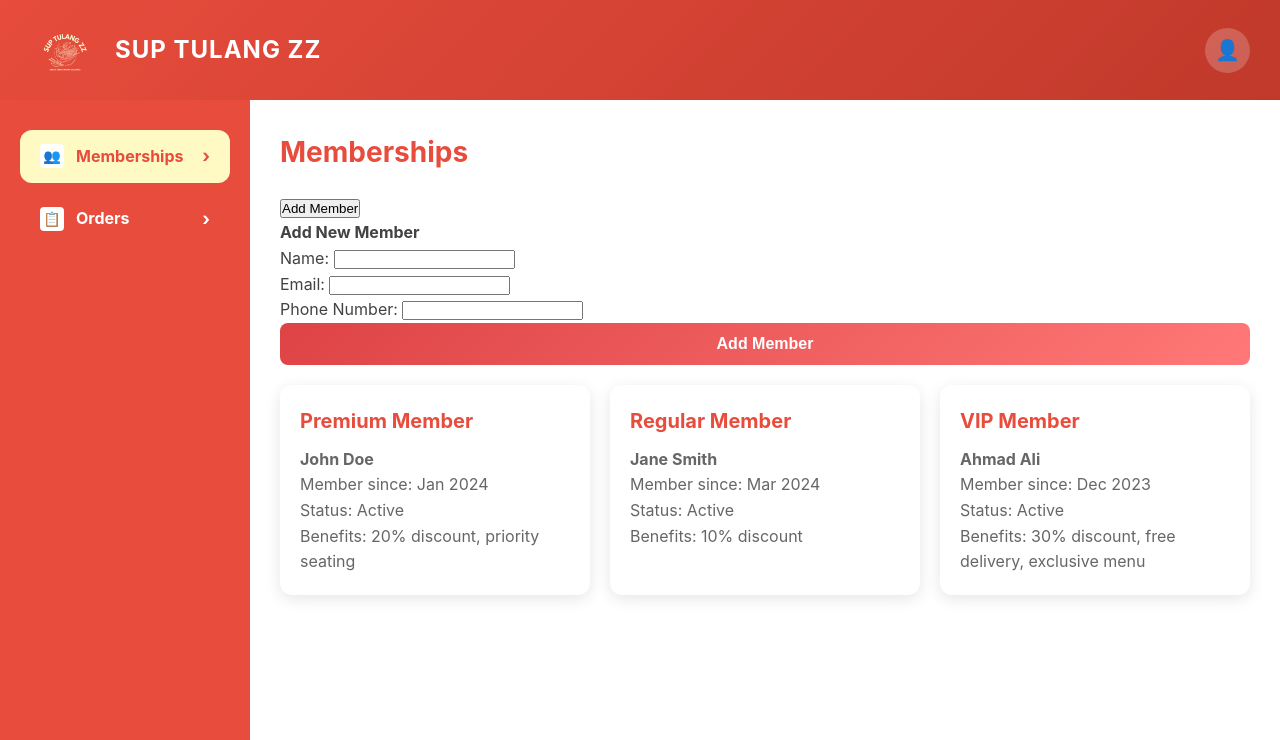
Repository: YIsheng2002/web-frontend
Page: view/Staff/dashboardstaff.html
These files come from the project's save history. The page is drawn as it stood at one moment and after the next save; the edit follows.
The browser window is 1280 px wide. The pictures show the whole page.

Above is the page before, as saved 2025-06-12 15:30:15.

### view/Staff/dashboardstaff.html
<!DOCTYPE html>
<html lang="en">

<head>
    <meta charset="UTF-8">
    <meta name="viewport" content="width=device-width, initial-scale=1.0">
    <title>SUP TULANG ZZ</title>
    <link rel="stylesheet" href="../Staff/assets/css/main.css">
    <link rel="stylesheet" href="../../assets/css/main.css">
    <link rel="stylesheet" href="./assets/css/dashboardStaff.css">
    <script src="./assets/javascript/dashboardStaff.js"></script>

</head>

<body>
    <!-- Header -->
    <header class="header">
        <div class="logo-section">
            <img src="../../assets/images/logo.png" alt="Logo" class="logo">
            <h1 class="brand-name">SUP TULANG ZZ</h1>
        </div>

        <div class="user-menu">
            <div class="user-avatar" onclick="toggleDropdown()">
                👤
            </div>
            <div class="dropdown-menu" id="userDropdown">
                <a href="#" class="dropdown-item" onclick="showProfile()">
                    👤 Profile
                </a>
                <a href="#" class="dropdown-item" onclick="showSettings()">
                    ⚙️ Settings
                </a>
                <a href="#" class="dropdown-item" onclick="showOrders()">
                    📋 Orders
                </a>
                <a href="#" class="dropdown-item" onclick="showReports()">
                    📊 Reports
                </a>
                <hr style="margin: 8px 0; border: none; border-top: 1px solid #eee;">
                <a href="#" class="dropdown-item danger" onclick="logout()">
                    🚪 Logout
                </a>
            </div>
        </div>
    </header>

    <div class=" dashboard-container">
        <!-- Sidebar -->
        <div class="sidebar">
            <ul class="sidebar-menu">
                <li class="sidebar-item">
                    <a href="#" class="sidebar-link active" onclick="showMembership(event)">
                        <div class="sidebar-icon">👥</div>
                        <span class="sidebar-text">Memberships</span>
                        <span class="sidebar-arrow">›</span>
                    </a>
                </li>
                <li class="sidebar-item">
                    <a href="#" class="sidebar-link" onclick="showOrders(event)">
                        <div class="sidebar-icon">📋</div>
                        <span class="sidebar-text">Orders</span>
                        <span class="sidebar-arrow">›</span>
                    </a>
                </li>
            </ul>
        </div>
        <!-- Main Content -->
        <div class="main-content active" id="membership">
            <h3>Memberships</h3>
            <button class="add-member-btn" onclick="addMember()">Add Member</button>
            <div id="membershipForm" class="membership-form hidden">
                <h4>Add New Member</h4>
                <form id="addMemberForm">
                    <div class="form-group">
                        <label for="memberName">Name:</label>
                        <input type="text" id="memberName" name="memberName" required>
                    </div>

                    <div class="form-group">
                        <label for="memberEmail">Email:</label>
                        <input type="email" id="memberEmail" name="memberEmail" required>
                    </div>

                    <div class="form-group">
                        <label for="memberphonenumber">Phone Number:</label>
                        <input type="phone number" id="memberphonenumber" name="memberphonenumber" required>
                    </div>

                    <button type="submit" class="btn-primary">Add Member</button>
                </form>

                <div class="membership-cards">
                    <div class="membership-card">
                        <div class="membership-title">Premium Member</div>
                        <div class="membership-details">
                            <p><strong>John Doe</strong></p>
                            <p>Member since: Jan 2024</p>
                            <p>Status: Active</p>
                            <p>Benefits: 20% discount, priority seating</p>
                        </div>
                    </div>
                    <div class="membership-card">
                        <div class="membership-title">Regular Member</div>
                        <div class="membership-details">
                            <p><strong>Jane Smith</strong></p>
                            <p>Member since: Mar 2024</p>
                            <p>Status: Active</p>
                            <p>Benefits: 10% discount</p>
                        </div>
                    </div>
                    <div class="membership-card">
                        <div class="membership-title">VIP Member</div>
                        <div class="membership-details">
                            <p><strong>Ahmad Ali</strong></p>
                            <p>Member since: Dec 2023</p>
                            <p>Status: Active</p>
                            <p>Benefits: 30% discount, free delivery, exclusive menu</p>
                        </div>
                    </div>
                </div>
            </div>
            <div class="main-content" id="orders">
                <h3>Orders</h3>
                <div class="order-list">
                    <div class="order-item">
                        <span class="order-id">Order #12345</span>
                        <span class="order-status pending">Pending</span>
                    </div>
                    <div class="order-item">
                        <span class="order-id">Order #12346</span>
                        <span class="order-status completed">Completed</span>
                    </div>
                    <div class="order-item">
                        <span class="order-id">Order #12347</span>
                        <span class="order-status pending">Pending</span>
                    </div>
                    <div class="order-item">
                        <span class="order-id">Order #12348</span>
                        <span class="order-status cancelled">Cancelled</span>
                    </div>
                </div>
            </div>

</body>

</html>

### view/Staff/assets/css/main.css
* {
    margin: 0;
    padding: 0;
    box-sizing: border-box;
}

body {
    font-family: -apple-system, BlinkMacSystemFont, 'Segoe UI', Roboto, sans-serif;
    line-height: 1.6;
    color: #333;
    background-color: #f5f5f5;
}

.btn-primary {
    background: linear-gradient(135deg, #667eea 0%, #764ba2 100%);
    color: white;
    border: none;
    padding: 12px 24px;
    border-radius: 8px;
    font-size: 16px;
    font-weight: 600;
    cursor: pointer;
    transition: all 0.3s ease;
    width: 100%;
}

.btn-primary:hover {
    transform: translateY(-2px);
    box-shadow: 0 8px 25px rgba(102, 126, 234, 0.3);
}

.btn-primary:active {
    transform: translateY(0);
}

### assets/css/main.css
:root{
    --primary-color: #DE4345;
    --secondary-color: #F8FAD4;
    --white-color: #FFFFFF;
    --header-font-color: #212121;
    --header6-font-color: #424242;
    --light-red: #FF7877;
}

* {
    margin: 0;
    padding: 0;
    box-sizing: border-box;
}

body {
    font-family: -apple-system, BlinkMacSystemFont, 'Segoe UI', Roboto, sans-serif;
    line-height: 1.6;
    color: var(--header6-font-color);
    background-color: #f5f5f5;
}

.btn-primary {
    background: linear-gradient(135deg, var(--primary-color) 0%, var(--light-red) 100%);
    color: white;
    border: none;
    padding: 12px 24px;
    border-radius: 8px;
    font-size: 16px;
    font-weight: 600;
    cursor: pointer;
    transition: all 0.3s ease;
    width: 100%;
}

.btn-primary:hover {
    transform: translateY(-5px);
    box-shadow: 0 8px 25px rgba(253, 114, 92, 0.22);
}

.btn-primary:active {
    transform: translateY(0);
}

/* Header Styles */
.header {
    background: linear-gradient(135deg, #e74c3c, #c0392b);
    color: white;
    padding: 15px 30px;
    display: flex;
    justify-content: space-between;
    align-items: center;
    box-shadow: 0 2px 10px rgba(0,0,0,0.1);
}

.logo-section {
    display: flex;
    align-items: center;
    gap: 15px;
}

.logo {
    width: 70px;
    height: 70px;
    display: flex;
    align-items: center;
    justify-content: center;
    font-weight: bold;
    font-size: 18px;
}

.brand-name {
    font-size: 28px;
    font-weight: bold;
    letter-spacing: 1px;
}

### view/Staff/assets/css/dashboardStaff.css
/* Reset and Base Styles - Using your main.css */


.brand-name {
    color: white;
    font-size: 24px;
    font-weight: bold;
}

/* User Menu */
.user-menu {
    position: relative;
}

.user-avatar {
    width: 45px;
    height: 45px;
    background: rgba(255, 255, 255, 0.2);
    border-radius: 50%;
    display: flex;
    align-items: center;
    justify-content: center;
    cursor: pointer;
    transition: all 0.3s ease;
    font-size: 20px;
    color: white;
}

.user-avatar:hover {
    background: rgba(255, 255, 255, 0.3);
    transform: scale(1.05);
}

.dropdown-menu {
    position: absolute;
    top: 100%;
    right: 0;
    background: white;
    border-radius: 12px;
    box-shadow: 0 10px 30px rgba(0, 0, 0, 0.15);
    padding: 12px 0;
    min-width: 180px;
    opacity: 0;
    visibility: hidden;
    transform: translateY(-10px);
    transition: all 0.3s ease;
    z-index: 1000;
    margin-top: 10px;
}

.dropdown-menu.show {
    opacity: 1;
    visibility: visible;
    transform: translateY(0);
}

.dropdown-item {
    display: block;
    padding: 12px 20px;
    color: #333;
    text-decoration: none;
    transition: background 0.3s ease;
    display: flex;
    align-items: center;
    gap: 10px;
}

.dropdown-item:hover {
    background: #f8f9fa;
}

.dropdown-item.danger:hover {
    background: #fee;
    color: #e74c3c;
}


/* Main Layout */
.dashboard-container {
    display: flex;
    height: calc(100vh - 80px);
}

/* Sidebar */
.sidebar {
    width: 250px;
    background-color: #e74c3c;
    padding: 20px 0;
}

.sidebar-menu {
    list-style: none;
    padding: 0;
    margin: 0;
}

.sidebar-item {
    margin: 10px 0;
    padding: 0 20px;
}

.sidebar-link {
    display: flex;
    align-items: center;
    justify-content: space-between;
    text-decoration: none;
    padding: 12px 20px;
    font-size: 16px;
    font-weight: bold;
    border-radius: 12px;
    transition: all 0.3s ease;
    color: #fff;
    background-color: transparent;
}

.sidebar-link:hover {
    background-color: rgba(255, 255, 255, 0.1);
}

.sidebar-link.active {
    background-color: #fff9c4;
    color: #e74c3c;
}

.sidebar-icon {
    width: 24px;
    height: 24px;
    margin-right: 12px;
    background: #fff;
    border-radius: 4px;
    display: flex;
    align-items: center;
    justify-content: center;
    font-size: 14px;
}

.sidebar-text {
    flex-grow: 1;
}

.sidebar-arrow {
    font-size: 18px;
    margin-left: 12px;
}

/* Main Content */
.main-content {
    flex: 1;
    padding: 30px;
    background: white;
    overflow-y: auto;
    display: none;
}

.main-content.active {
    display: block;
}

.main-content h3 {
    color: #e74c3c;
    margin-bottom: 20px;
    font-size: 28px;
}

/* Membership Content */
.membership-cards {
    display: grid;
    grid-template-columns: repeat(auto-fit, minmax(300px, 1fr));
    gap: 20px;
    margin-top: 20px;
}

.membership-card {
    background: white;
    border-radius: 12px;
    padding: 20px;
    box-shadow: 0 4px 15px rgba(0, 0, 0, 0.1);
    transition: transform 0.3s ease;
}

.membership-card:hover {
    transform: translateY(-5px);
}

.membership-title {
    font-size: 20px;
    font-weight: bold;
    color: #e74c3c;
    margin-bottom: 10px;
}

.membership-details {
    color: #666;
    line-height: 1.6;
}

/* Orders Content */
.order-list {
    margin-top: 20px;
}

.order-item {
    background: white;
    border-radius: 12px;
    padding: 20px;
    margin-bottom: 15px;
    box-shadow: 0 4px 15px rgba(0, 0, 0, 0.1);
    display: flex;
    justify-content: space-between;
    align-items: center;
    transition: transform 0.3s ease;
}

.order-item:hover {
    transform: translateY(-2px);
}

.order-id {
    font-weight: bold;
    color: #333;
}

.order-status {
    padding: 8px 16px;
    border-radius: 20px;
    font-size: 14px;
    font-weight: bold;
}

.order-status.pending {
    background: #fff3cd;
    color: #856404;
}

.order-status.completed {
    background: #d4edda;
    color: #155724;
}

.order-status.cancelled {
    background: #f8d7da;
    color: #721c24;
}

.add-membership-btn {
    background-color: #e74c3c;
    color:white;
    padding: 10px 20px;
    border: none;
    border-radius: 8px;
    font-size: 14px;
    font-weight: bold;
    cursor: pointer;
    transition: background-color 0.3s ease;
    float: right; /* This makes it right-aligned */
    margin-bottom: 20px;

}
.add-membership-btn:hover {
    background-color: #cf4436; /* slightly darker on hover */
}

.add-membership-btn:active {
    transform: translateY(1px);
}

/* Responsive Design */
@media (max-width: 768px) {
    .dashboard-container {
        flex-direction: column;
    }

    .sidebar {
        width: 100%;
        height: auto;
        padding: 10px 0;
    }

    .sidebar-menu {
        display: flex;
        overflow-x: auto;
    }

    .sidebar-item {
        flex: 0 0 auto;
        margin: 0 5px;
    }

    .main-content {
        padding: 20px;
    }

    .membership-cards {
        grid-template-columns: 1fr;
    }
}

### view/Staff/assets/javascript/dashboardStaff.js
// Dropdown functionality
function toggleDropdown() {
    const dropdown = document.getElementById('userDropdown');
    dropdown.classList.toggle('show');
}

// Close dropdown when clicking outside
document.addEventListener('click', function (event) {
    const userMenu = document.querySelector('.user-menu');
    const dropdown = document.getElementById('userDropdown');

    if (!userMenu.contains(event.target)) {
        dropdown.classList.remove('show');
    }
});

// Page navigation
function showPage(pageId, clickedElement) {
    // Hide all pages
    document.querySelectorAll('.main-content').forEach(page => {
        page.classList.remove('active');
    });

    // Show selected page
    const targetPage = document.getElementById(pageId);
    if (targetPage) {
        targetPage.classList.add('active');
    }

    // Remove active class from all sidebar links
    document.querySelectorAll('.sidebar-link').forEach(link => {
        link.classList.remove('active');
    });

    // Add active class to clicked element
    if (clickedElement) {
        clickedElement.classList.add('active');
    }
}

// Sidebar navigation functions
function showMembership(event) {
    event.preventDefault();
    showPage('membership', event.currentTarget);
}

function showOrders(event) {
    event.preventDefault();
    showPage('orders', event.currentTarget);
}

// User menu actions
function showProfile() {
    alert('Profile page - Coming soon!');
    toggleDropdown();
}

function showSettings() {
    alert('Settings page - Coming soon!');
    toggleDropdown();
}

function showOrdersFromDropdown() {
    showPage('orders');
    // Also update sidebar active state
    document.querySelectorAll('.sidebar-link').forEach(link => {
        link.classList.remove('active');
    });
    const ordersLink = document.querySelector('[onclick="showOrders(event)"]');
    if (ordersLink) {
        ordersLink.classList.add('active');
    }
    toggleDropdown();
}

function showReports() {
    alert('Reports page - Coming soon!');
    toggleDropdown();
}

function logout() {
    if (confirm('Are you sure you want to logout?')) {
        alert('Logged out successfully!');
        // Add your logout logic here
        // For example: window.location.href = '/login.html';
    }
    toggleDropdown();
}

// Initialize dashboard when page loads
document.addEventListener('DOMContentLoaded', function() {
    console.log('Dashboard loaded successfully!');

    // You can add any initialization code here
    // For example, loading data from API, setting up event listeners, etc.
});

// Utility function to add new membership card
function addMembershipCard(memberData) {
    const membershipCards = document.querySelector('.membership-cards');
    const cardHTML = `
        <div class="membership-card">
            <div class="membership-title">${memberData.type} Member</div>
            <div class="membership-details">
                <p><strong>${memberData.name}</strong></p>
                <p>Member since: ${memberData.joinDate}</p>
                <p>Status: ${memberData.status}</p>
                <p>Benefits: ${memberData.benefits}</p>
            </div>
        </div>
    `;
    membershipCards.insertAdjacentHTML('beforeend', cardHTML);
}

// Utility function to add new order
function addOrderItem(orderData) {
    const orderList = document.querySelector('.order-list');
    const orderHTML = `
        <div class="order-item">
            <span class="order-id">Order #${orderData.id}</span>
            <span class="order-status ${orderData.status.toLowerCase()}">${orderData.status}</span>
        </div>
    `;
    orderList.insertAdjacentHTML('beforeend', orderHTML);
}

function handleAddMember(){
    const form = document.getElementById('addMemberForm');
    form.style.display = form.style.display === "none" ? "block" : "none";

}

// Example usage:
// addMembershipCard({
//     type: 'Gold',
//     name: 'Sarah Johnson',
//     joinDate: 'May 2024',
//     status: 'Active',
//     benefits: '25% discount, free appetizer'
// });

// addOrderItem({
//     id: '12349',
//     status: 'Completed'
// });

After the next save:
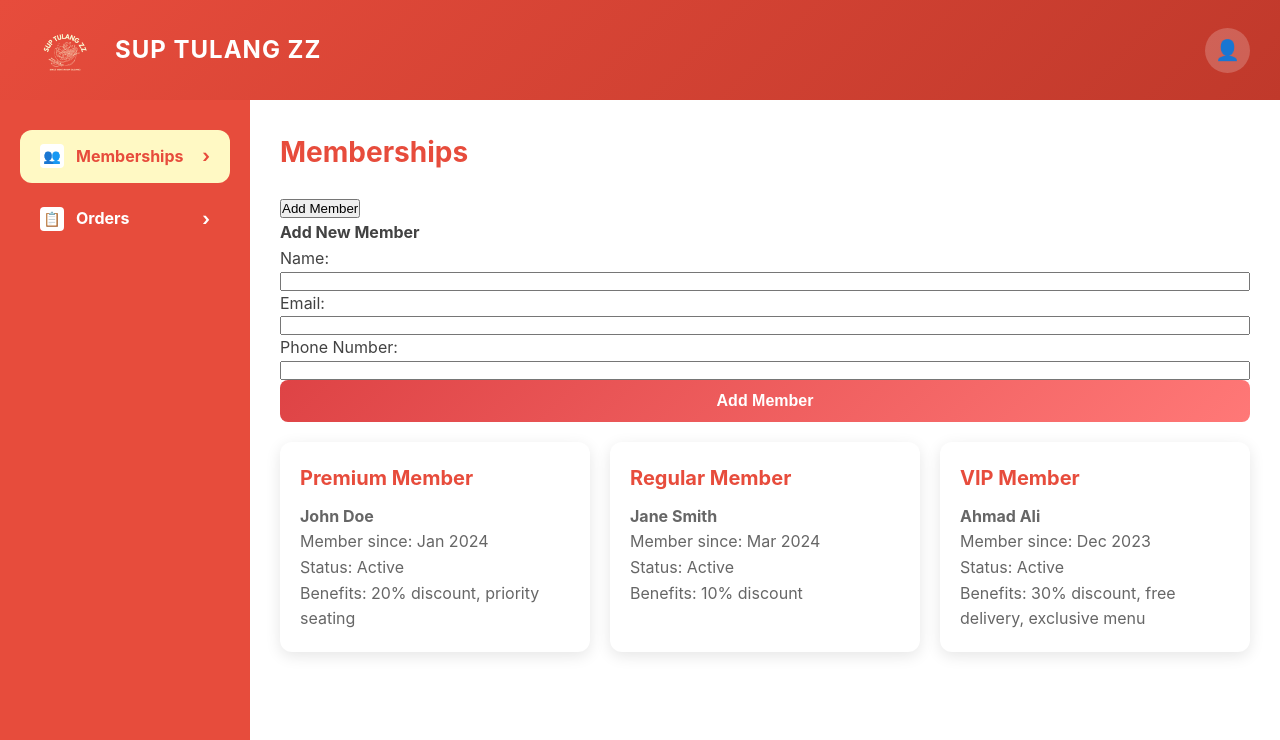
Saved 2 min 41 s later.
--- a/view/Staff/assets/css/dashboardStaff.css
+++ b/view/Staff/assets/css/dashboardStaff.css
@@ -264,6 +264,11 @@
     transform: translateY(1px);
 }
 
+.form-group {
+    display: flex;
+    flex-direction: column;
+}
+
 /* Responsive Design */
 @media (max-width: 768px) {
     .dashboard-container {
